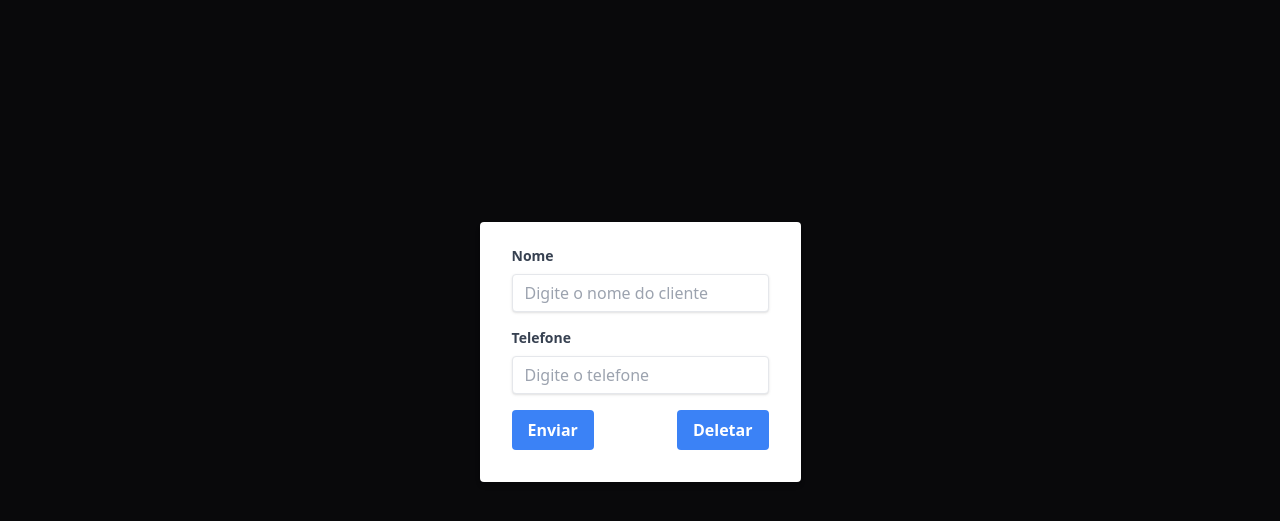
Repository: Gstxxx/sales-manager-laravel
Page: http://localhost/
These files come from the project's save history. The page is drawn as it stood at one moment and after a run of saves; the edit follows.
The browser window is 1280 px wide. The pictures show the whole page.
The page is served by the project's Laravel application, run on PHP 8.4 with Laravel 12. Other server files are loaded and not shown. Style sheets and scripts are compiled from the project's sources, by tool versions that may differ from the author's.

Above is the page before, as saved 2024-06-09 03:14:51.

### routes/web.php
<?php

use Illuminate\Support\Facades\Route;
use App\Http\Controllers\ClientController;

Route::get('/', function () {
    return view('home');
})->name('home');

Route::post('/addClient', [ClientController::class, 'addClient'])->name('addClient');

### resources/views/home.blade.php
<!doctype html>
<html>

<head>
    <meta charset="UTF-8">
    <meta name="viewport" content="width=device-width, initial-scale=1.0">
    <title>Sales Manager</title>
    @vite('resources/css/app.css')
</head>

<body>
    <div class="bg-zinc-950 flex flex-col items-center justify-center min-h-screen">
        <form action="{{ route('addClient') }}" method="POST" class="bg-white shadow-md rounded px-8 pt-6 pb-8 mb-4">
            @csrf
            <div class="mb-4">
                <div class="mb-4">
                    <label class="block text-gray-700 text-sm font-bold mb-2" for="number-client">
                        Nome
                    </label>
                    <input
                        class="shadow appearance-none border rounded w-full py-2 px-3 text-gray-700 leading-tight focus:outline-none focus:shadow-outline"
                        type="text" name="name-client" id="name-client" placeholder="Digite o nome do cliente">
                </div>
                <div class="mb-4">
                    <label class="block text-gray-700 text-sm font-bold mb-2" for="number-client">
                        Telefone
                    </label>
                    <input
                        class="shadow appearance-none border rounded w-full py-2 px-3 text-gray-700 leading-tight focus:outline-none focus:shadow-outline"
                        id="number-client" name="number-client" type="text" placeholder="Digite o telefone">
                </div>
            </div>

            <div class="flex items-center justify-between">
                <button
                    class="bg-blue-500 hover:bg-blue-700 text-white font-bold py-2 px-4 rounded focus:outline-none focus:shadow-outline"
                    type="submit">
                    Enviar
                </button>
                <button
                    class="bg-blue-500 hover:bg-blue-700 text-white font-bold py-2 px-4 rounded focus:outline-none focus:shadow-outline"
                    type="submit" formaction="/removeClient">
                    Deletar
                </button>
            </div>
        </form>
    </div>
</body>

</html>

Loaded but not shown: resources/css/app.css (common file); tailwind.config.js (common file)

After the next 2 saves:
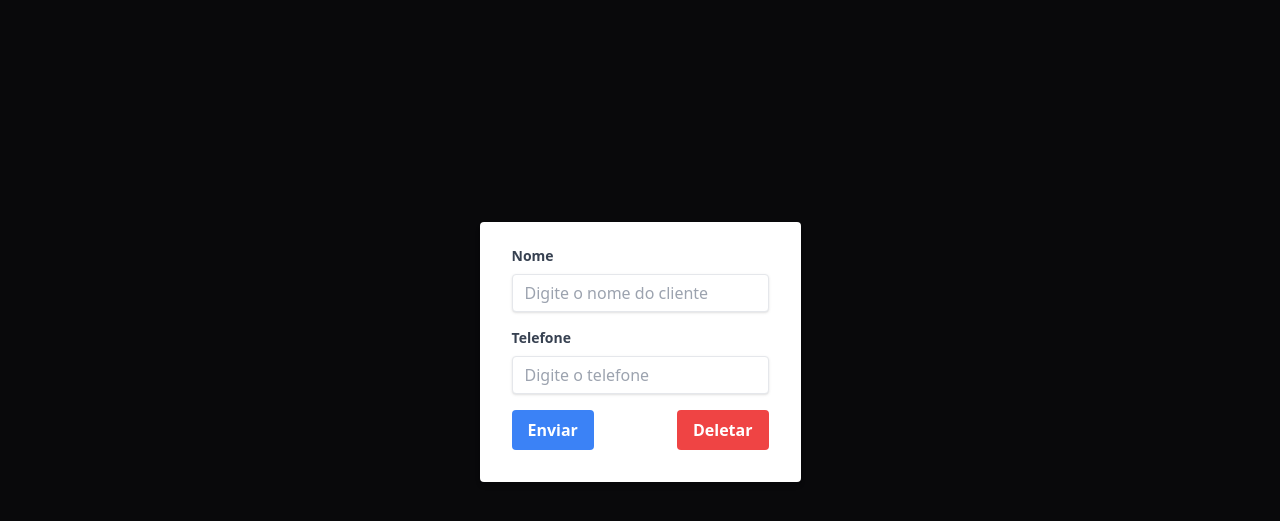
The 2 saves are shown as one change because they came seconds apart.
The last was saved 7 s later.
--- a/resources/views/home.blade.php
+++ b/resources/views/home.blade.php
@@ -38,7 +38,7 @@
                     Enviar
                 </button>
                 <button
-                    class="bg-blue-500 hover:bg-blue-700 text-white font-bold py-2 px-4 rounded focus:outline-none focus:shadow-outline"
+                    class="bg-red-500 hover:bg-red-700 text-white font-bold py-2 px-4 rounded focus:outline-none focus:shadow-outline"
                     type="submit" formaction="/removeClient">
                     Deletar
                 </button>
